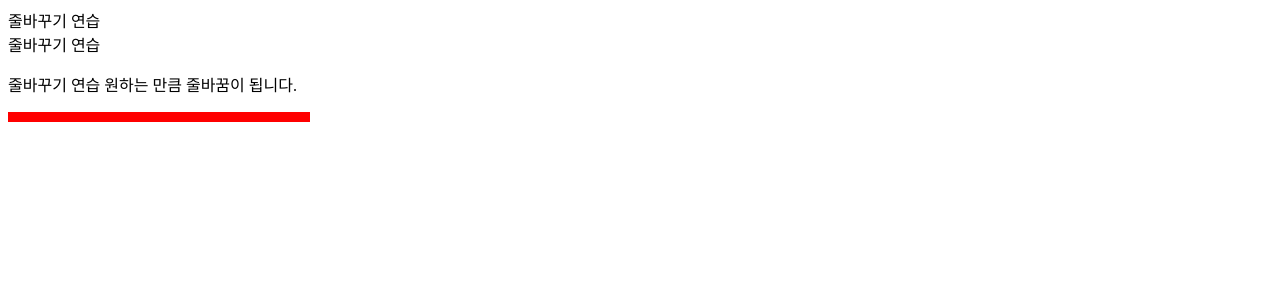
Repository: sungeunbyeol/Nowon-ezen-jsp
Page: test/WebContent/test02.html
An editor plug-in stored every save of this project. The page is shown before and after the next save, followed by the edit.
The browser window is 1280 px wide. The pictures show the whole page.

Above is the page before, as saved 2021-11-02 01:57:44.

### test/WebContent/test02.html
<!--  test02.html -->
<html>
<head>
	<title>줄바꾸기 연습</title>
</head>
<body>
	<div align="center"></div>
	줄바꾸기 연습<br><!-- 줄 바꿀때 -->
	줄바꾸기 연습<p>
	줄바꾸기 연습
	</div>
	원하는 만큼 줄바꿈이 됩니다.

	<hr size="10" color="red" width="300" align="left">
</body>
</html>

After the next save:
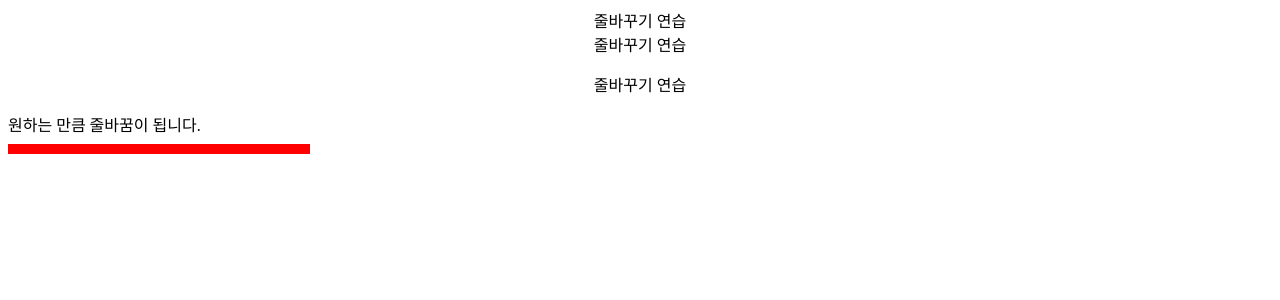
Saved 6 s later.
--- a/test/WebContent/test02.html
+++ b/test/WebContent/test02.html
@@ -4,7 +4,7 @@
 	<title>줄바꾸기 연습</title>
 </head>
 <body>
-	<div align="center"></div>
+	<div align="center">
 	줄바꾸기 연습<br><!-- 줄 바꿀때 -->
 	줄바꾸기 연습<p>
 	줄바꾸기 연습
